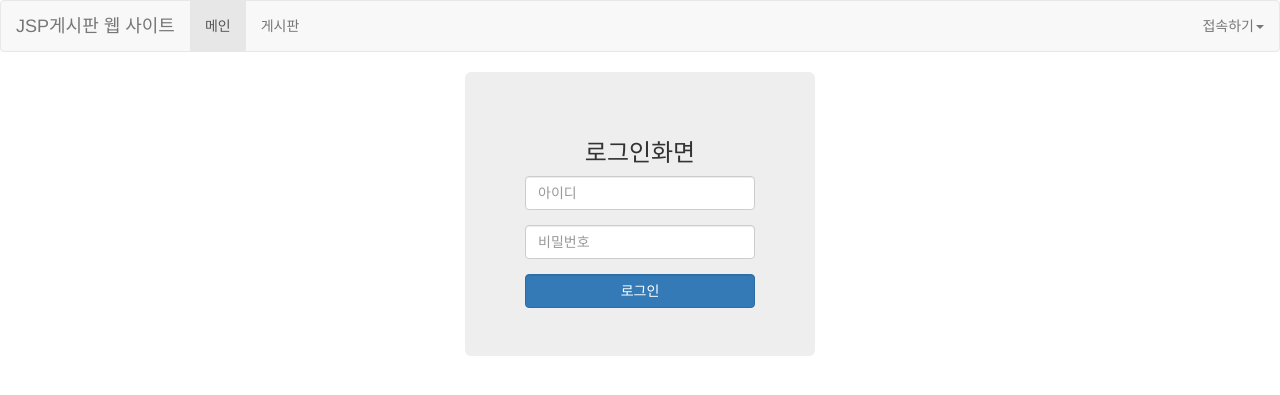
Repository: endol007/TripPuzzle
Page: http://localhost/BBS/main.jsp
An editor plug-in stored every save of this project. The page is shown before and after the next save, followed by the edit.
The browser window is 1280 px wide. The pictures show the whole page.
Some web libraries are served in a nearby version. The page is served by Tomcat 9. Other server files are loaded and not shown.

Above is the page before, as saved 2019-08-20 17:02:37.

### Yun/JSP 커뮤니티/Project/BBS/WebContent/main.jsp
<%@ page language="java"
contentType="text/html; charset=UTF-8" pageEncoding="UTF-8"%>
<%@ page import="java.io.PrintWriter" %>
<!DOCTYPE html>
<html>
<head>
<meta charset="UTF-8">
<meta name="viewport" content="width=device-width", initial-scale="1">
<link rel="stylesheet" href="css/bootstrap.css">
<title>로그인</title>
</head>
<body>
<%
String userID = null;
if(session.getAttribute("userID")!=null){
	userID = (String) session.getAttribute("userID");
}

%>
<nav class="navbar navbar-default">
<div class="navbar-header">
<button type="button" class="navbar-toggle collapsed"
data-toggle="collapse" data-target="#bs-example-navbar-collapse-1"
aria-expanded="false">
<span class="icon-bar"></span>
<span class="icon-bar"></span>
<span class="icon-bar"></span>
</button>
<a class="navbar-brand" href="main.jsp">JSP게시판 웹 사이트</a>
</div>
<div class="collapse navbar-collapse" id="bs-example-navbar-collapse-1">
<ul class="nav navbar-nav">
<li class="active"><a href="main.jsp">메인</a></li>
<li><a href="bbs.jsp">게시판</a></li>
</ul>
<%
	if(userID==null){
		%>
		<ul class="nav navbar-nav navbar-right">
<li class="dropdown">
<a href="#" class="dropdown-toggle"
data-toggle="dropdown" role="button" aria-haspopup="true"
aria-expanded="false">접속하기<span class="caret"></span></a>
<ul class="dropdown-menu">
<li><a href="login.jsp">로그인</a></li>
<li><a href="join.jsp">회원가입</a></li>
</ul>
</li></ul>
		<%
	} else{
		%>
		<ul class="nav navbar-nav navbar-right">
<li class="dropdown">
<a href="#" class="dropdown-toggle"
data-toggle="dropdown" role="button" aria-haspopup="true"
aria-expanded="false">회원관리<span class="caret"></span></a>
<ul class="dropdown-menu">
<li><a href="logoutAction.jsp">로그아웃</a></li>
</ul>
</li></ul>
		<%
	}
%>

</div>
</nav>
<div class="container">
<div class="col-lg-4"></div>
<div class="col-lg-4">
<div class="jumbotron" styles="padding-top:20px;">
<form method="post" action="loginAction.jsp">
<h3 style="text-align: center;">로그인화면</h3>
<div class="form-group">
<input type="text" class="form-control" placeholder="아이디" name="userID" maxlength="20">
</div>
<div class="form-group">
<input type="password" class="form-control" placeholder="비밀번호" name="userPassword" maxlength="20">
</div>
<input type="submit" class="btn btn-primary form-control" value="로그인">
</form>
</div>
</div>
</div>
<script src="http://code.jquery.com/jquery-3.1.1.min.js"></script>
<script src=js/bootstrap.js></script>

</body>
</html>

Loaded but not shown: Yun/JSP 커뮤니티/Project/BBS/WebContent/css/bootstrap.css (library); Yun/JSP 커뮤니티/Project/BBS/WebContent/js/bootstrap.js (library)

After the next save:
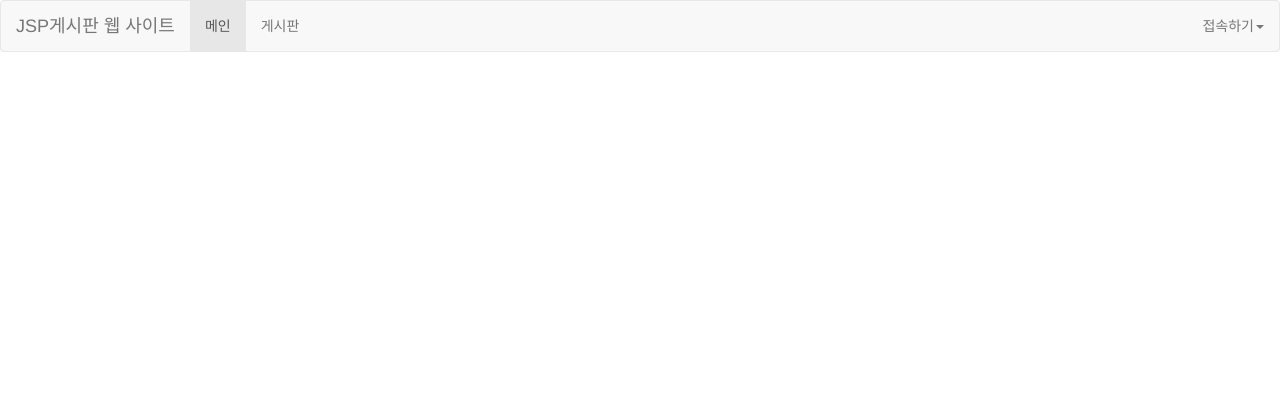
Saved 49 s later.
--- a/Yun/JSP 커뮤니티/Project/BBS/WebContent/main.jsp
+++ b/Yun/JSP 커뮤니티/Project/BBS/WebContent/main.jsp
@@ -64,23 +64,6 @@
 
 </div>
 </nav>
-<div class="container">
-<div class="col-lg-4"></div>
-<div class="col-lg-4">
-<div class="jumbotron" styles="padding-top:20px;">
-<form method="post" action="loginAction.jsp">
-<h3 style="text-align: center;">로그인화면</h3>
-<div class="form-group">
-<input type="text" class="form-control" placeholder="아이디" name="userID" maxlength="20">
-</div>
-<div class="form-group">
-<input type="password" class="form-control" placeholder="비밀번호" name="userPassword" maxlength="20">
-</div>
-<input type="submit" class="btn btn-primary form-control" value="로그인">
-</form>
-</div>
-</div>
-</div>
 <script src="http://code.jquery.com/jquery-3.1.1.min.js"></script>
 <script src=js/bootstrap.js></script>
 
